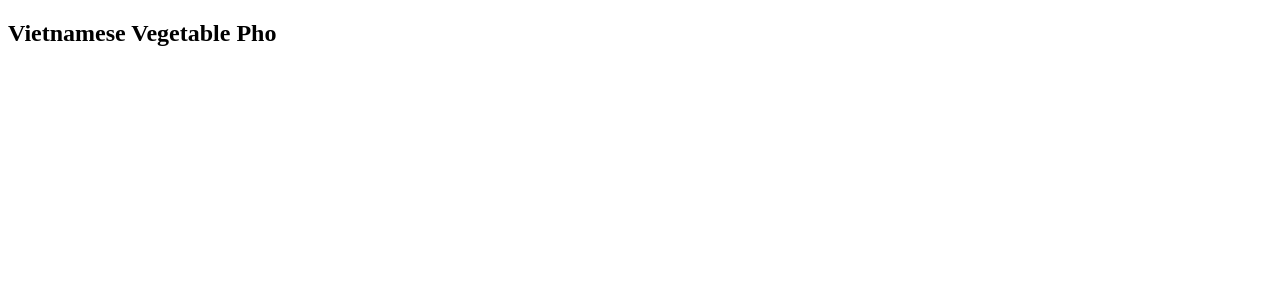
Repository: mheli/foodie
Page: test.html
The author's editor kept a record of every edit. The page is drawn from the files as they stood at one moment, then again after the next edit.
The browser window is 1280 px wide. The pictures show the whole page.

Above is the page before.

### test.html
<!DOCTYPE html>
<html>
  <head>
    <link href="test.css" rel="stylesheet">



    <!-- Animating Image -->
      <style>
        .image {
          width: 400px;
          height: 300px;
          /*background-image:url('./img/asian/1.jpg');*/
          position: relative;
          -webkit-animation: myfirst 1s; /* Chrome, Safari, Opera */
          -webkit-animation-direction: reverse; /* Chrome, Safari, Opera */
          animation: myfirst 1s;
        }

        @-webkit-keyframes myfirst {
            0%   {background-image:url("https://41.media.tumblr.com/f0420441ed24ce7f907b7d944fcdef1a/tumblr_nlf3v7hl2W1s9x5uco1_1280.jpg"); left: 0px; top: 0px; }
            100% {background-image:url('https://41.media.tumblr.com/f0420441ed24ce7f907b7d944fcdef1a/tumblr_nlf3v7hl2W1s9x5uco1_1280.jpg'); left: 300px; top: 0px;}
        }

        @keyframes myfirst {
            0%   {background-image:url("https://41.media.tumblr.com/f0420441ed24ce7f907b7d944fcdef1a/tumblr_nlf3v7hl2W1s9x5uco1_1280.jpg"); left: 0px; top: 0px; }
            100% {background-image:url('https://41.media.tumblr.com/f0420441ed24ce7f907b7d944fcdef1a/tumblr_nlf3v7hl2W1s9x5uco1_1280.jpg'); left: 300px; top: 0px;}
        }
      </style>

  </head>
  <body>
    <div class="image">
      <h2>Vietnamese Vegetable Pho</h2>
      <!--<img id="pho" src="https://41.media.tumblr.com/f0420441ed24ce7f907b7d944fcdef1a/tumblr_nlf3v7hl2W1s9x5uco1_1280.jpg">-->
    </div>
  </body>
</html>

### test.css
.image #pho {
    width: 300px;
    height:300px;
}

After the next edit:
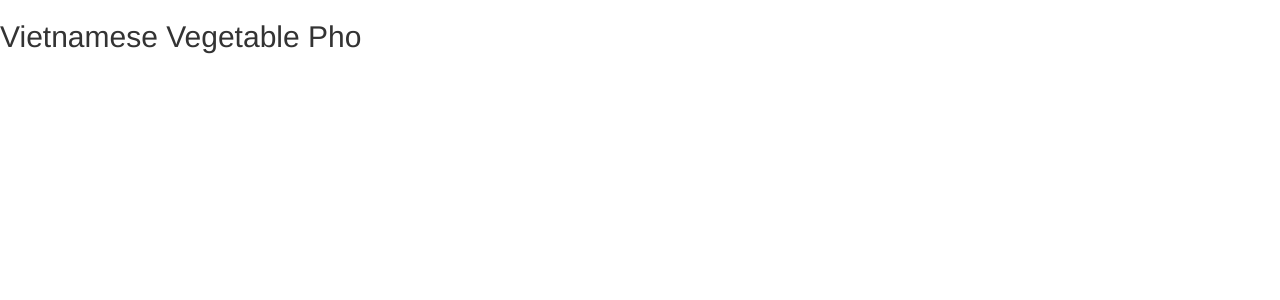
The edit:
--- a/test.html
+++ b/test.html
@@ -1,6 +1,14 @@
 <!DOCTYPE html>
 <html>
   <head>
+    <meta charset="utf-8">
+    <meta http-equiv="X-UA-Compatible" content="IE=edge">
+    <meta name="viewport" content="width=device-width, initial-scale=1">
+
+        <!-- Bootstrap -->
+        <link href="http://maxcdn.bootstrapcdn.com/bootstrap/3.3.4/css/bootstrap.min.css" rel="stylesheet">
+
+
     <link href="test.css" rel="stylesheet">
 
 
